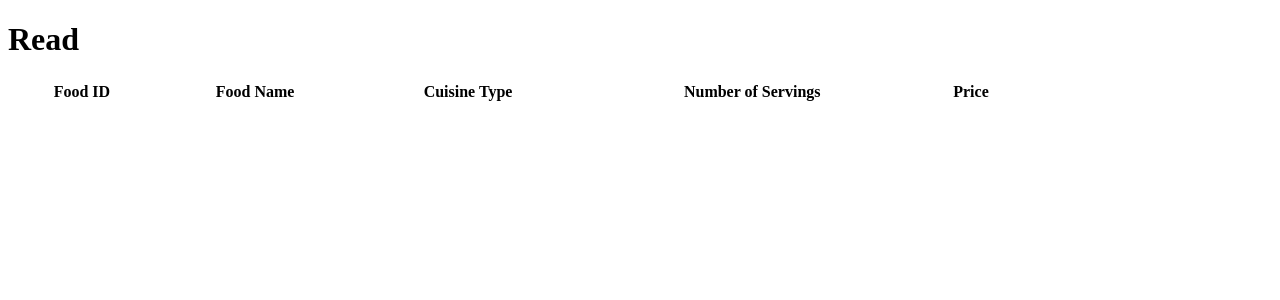
Repository: kavitachana/Sept-2
Page: http://localhost/food/add.jsp
These files come from the project's save history. The page is drawn as it stood at one moment and after the next save; the edit follows.
The browser window is 1280 px wide. The pictures show the whole page.
The page is served by Tomcat 9. Other server files are loaded and not shown. Queries for data that is not in the repository find no rows.

Above is the page before, as saved 2016-09-02 18:10:27.

### food/src/main/webapp/add.jsp
<%@ page language="java" contentType="text/html; charset=ISO-8859-1"
    pageEncoding="ISO-8859-1"%>
   <%@ page import = "com.food.*" %>
<!DOCTYPE html PUBLIC "-//W3C//DTD HTML 4.01 Transitional//EN" "http://www.w3.org/TR/html4/loose.dtd">
<html>
<head>
<meta http-equiv="Content-Type" content="text/html; charset=ISO-8859-1">
<meta charset="utf-8">
<meta http-equiv="X-UA-Compatible" content="IE=edge">
<meta name="viewport"
	content="width=device-width, shrink-to-fit=no, initial-scale=1">
<meta name="description" content="">
<meta name="author" content="">
<meta http-equiv="Content-Type" content="text/html; charset=ISO-8859-1">
<title>Insert title here</title>
</head>
<body>

<h1>Read</h1>

						<table style="width: 80%;">
							<tr>
								<th>Food ID</th>
								<th>Food Name</th>
								<th>Cuisine Type</th>
								<th>Number of Servings</th>
								<th>Price</th>
							</tr>

							<% DAO.readFromDB(); %>

							<%
							Food readToJSP = new Food();
							for (int i = 0; i < DAO.allFoods.size(); i++) {
								readToJSP = DAO.allFoods.get(i);
							%>
							<tr>
								<td><%= readToJSP.getFoodID() %></td>
								<td><%= readToJSP.getName() %></td>
								<td><%= readToJSP.getCuisine() %></td>
								<td><%= readToJSP.getNumOfServings() %> </td>
								<td><%= readToJSP.getPrice() %></td>
							</tr>
							<% } %>
						</table>


</body>
</html>

### food/src/main/java/com/food/DAO.java
package com.food;

import java.sql.*;
import java.util.ArrayList;


public class DAO {

	static final String JDBC_DRIVER = "com.mysql.jdbc.Driver";
	static final String DB_URL = "jdbc:mysql://localhost:3306/?user=root&autoReconnect=true&useSSL=false";
	static final String USER = "root";
	static final String PASSWORD = "root";

	static Connection CONN = null;
	static Statement STMT = null;
	static PreparedStatement PREP_STMT = null;
	static ResultSet RES_SET = null;

	public static ArrayList<Food> allFoods = new ArrayList<>();

	public static void connToDB() {

		try {

			Class.forName(JDBC_DRIVER);

			System.out.println("Trying to connect to the Database.");
			CONN = DriverManager.getConnection(DB_URL, USER, PASSWORD);
			System.out.println("Connected to Database.");

		} catch (SQLException | ClassNotFoundException e) {
			System.out.println("Failed to connect to the Database.");
			e.printStackTrace();
		}

		System.out.println();

	}

	public static void readFromDB() {

		connToDB();

		try {
			STMT = CONN.createStatement();
			RES_SET = STMT.executeQuery("SELECT * FROM assignments.food;");

			while (RES_SET.next()) {

				Food foodInDB = new Food();

				foodInDB.setFoodID(RES_SET.getInt("food_id"));
				foodInDB.setName(RES_SET.getString("name"));
				foodInDB.setCuisine(RES_SET.getString("cuisine"));
				foodInDB.setNumOfServings(RES_SET.getInt("num_of_servings"));
				foodInDB.setPrice(RES_SET.getDouble("price"));

				allFoods.add(foodInDB);

			}

		} catch (SQLException e) {
			e.printStackTrace();
		}

	} //read

	public static void writeToDB(Food food) {

		Food foodToAdd = new Food();

		foodToAdd = food;

		connToDB();

		try {
			PREP_STMT = CONN.prepareStatement(insertToDB);

			PREP_STMT.setString(1, foodToAdd.getName());
			PREP_STMT.setString(2, foodToAdd.getCuisine());
			PREP_STMT.setInt(3, foodToAdd.getNumOfServings());
			PREP_STMT.setDouble(4, foodToAdd.getPrice());

			PREP_STMT.executeUpdate();

		} catch (SQLException e) {
			e.printStackTrace();
		}
	}

	private static String insertToDB = ("INSERT INTO `assignments`.`food` VALUES 'name' = ?, 'cuisine; = ?, 'num_of_servings' = ?, 'price' = ?");

}

### food/src/main/java/com/food/Food.java
package com.food;

public class Food {

	private int foodID = 0;
	private String name = null;
	private String cuisine = null;
	private int numOfServings = 0;
	private double price = 0.0;

	public Food() {
		super();
	}

	public int getFoodID() {
		return foodID;
	}

	public void setFoodID(int foodID) {
		this.foodID = foodID;
	}

	public String getName() {
		return name;
	}

	public void setName(String name) {
		this.name = name;
	}

	public String getCuisine() {
		return cuisine;
	}

	public void setCuisine(String cuisine) {
		this.cuisine = cuisine;
	}

	public int getNumOfServings() {
		return numOfServings;
	}

	public void setNumOfServings(int numOfServings) {
		this.numOfServings = numOfServings;
	}

	public double getPrice() {
		return price;
	}

	public void setPrice(double price) {
		this.price = price;
	}

}

After the next save:
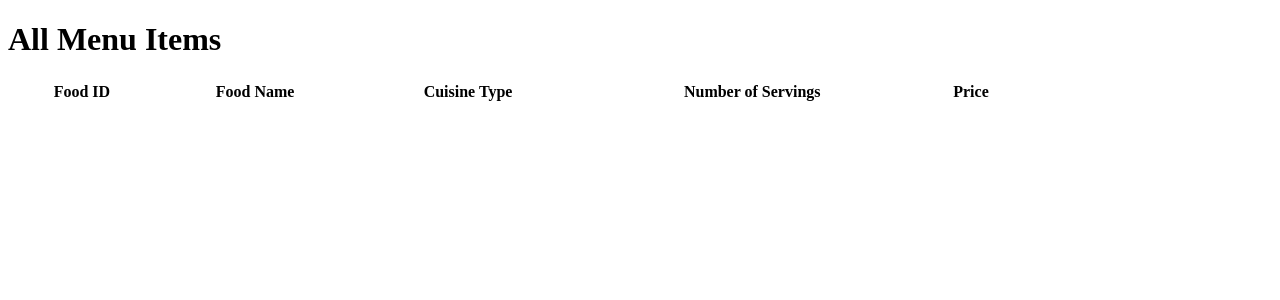
Saved 25 min 15 s later.
--- a/food/src/main/webapp/add.jsp
+++ b/food/src/main/webapp/add.jsp
@@ -16,7 +16,7 @@
 </head>
 <body>
 
-<h1>Read</h1>
+<h1>All Menu Items</h1>
 
 						<table style="width: 80%;">
 							<tr>
